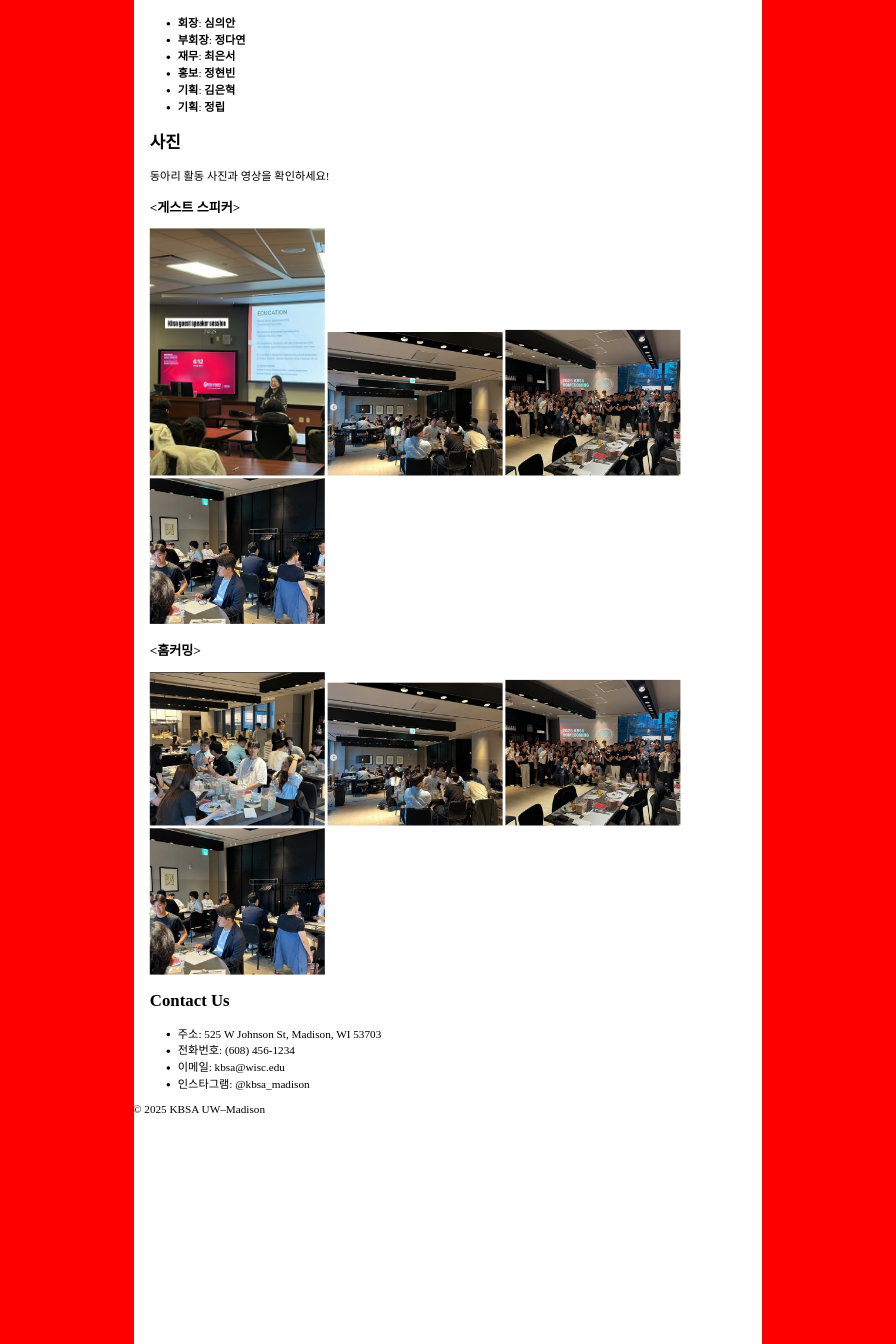
Repository: 23HarveyJi/25-Fall_chillguys
Page: website.html
An editor plug-in stored every save of this project. The page is shown before and after a run of saves, followed by the edit.
The browser window is 1280 px wide. The pictures show the part of the page from y = 616 to 2536 px (the page is 18019 px tall), at 70% of full size.

Above is the page before, as saved 2025-10-16 23:46:29.

After the next 5 saves:
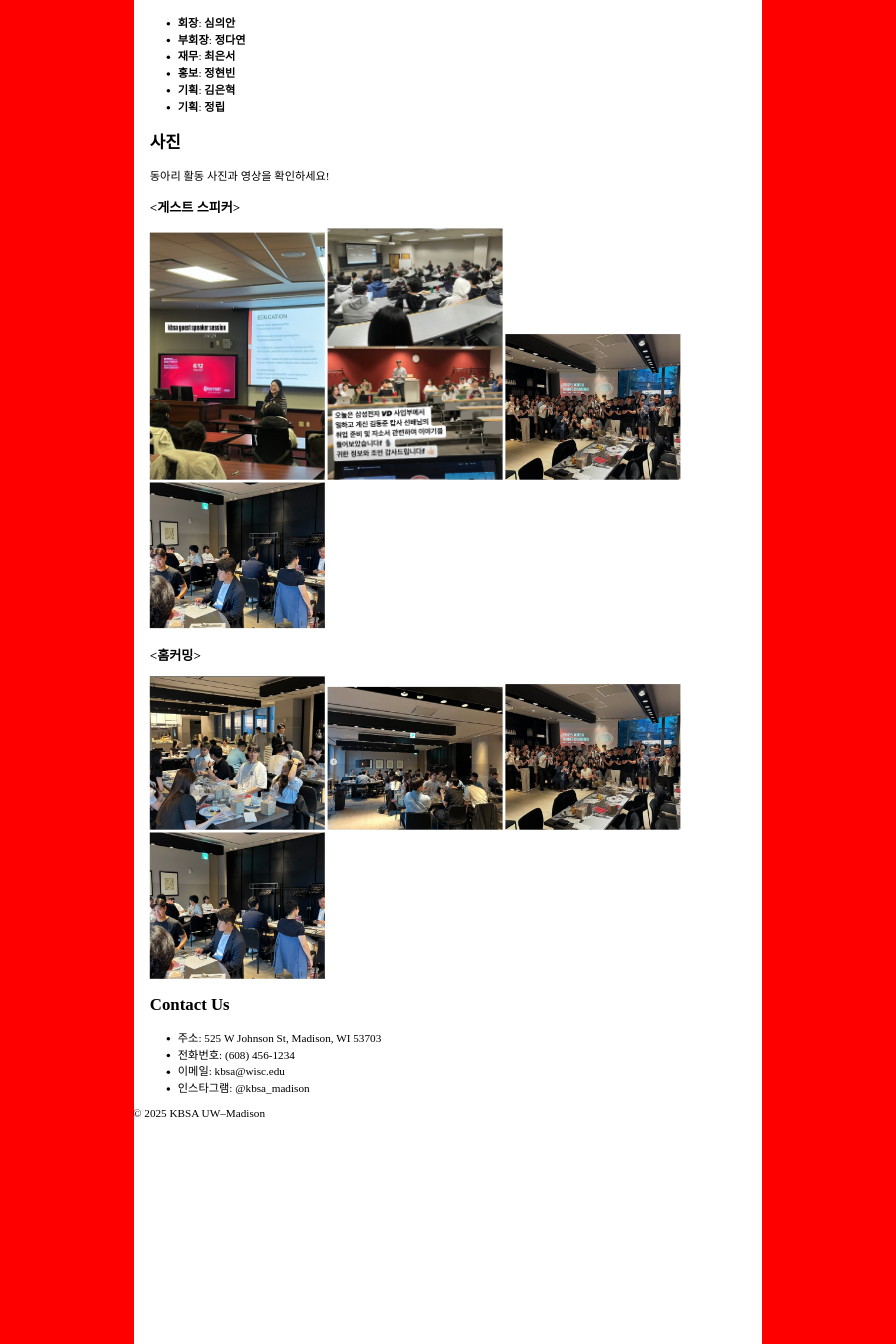
The 5 saves are shown as one change because they came seconds apart.
The last was saved 17 s later.
--- a/website.html
+++ b/website.html
@@ -73,10 +73,10 @@
    <a href="guestspeaker1.jpg" target="_blank">
       <img src="guestspeaker1.jpg" width="250" alt="KBSA Photos" title="KBSA Photos">
     </a>
-    <a href="homecoming2.jpg" target="_blank">
-      <img src="homecoming2.jpg" width="250" alt="KBSA Photos" title="KBSA Photos">
+    <a href="guestspeaker2.jpg" target="_blank">
+      <img src="guestspeaker2.jpg" width="250" alt="KBSA Photos" title="KBSA Photos">
     </a>
-    <a href="homecoming3.jpg" target="_blank">
+    <a href="guestspeaker3.jpg" target="_blank">
       <img src="homecoming3.jpg" width="250" alt="KBSA Photos" title="KBSA Photos">
     </a>
     <a href="homecoming4.jpg" target="_blank">
